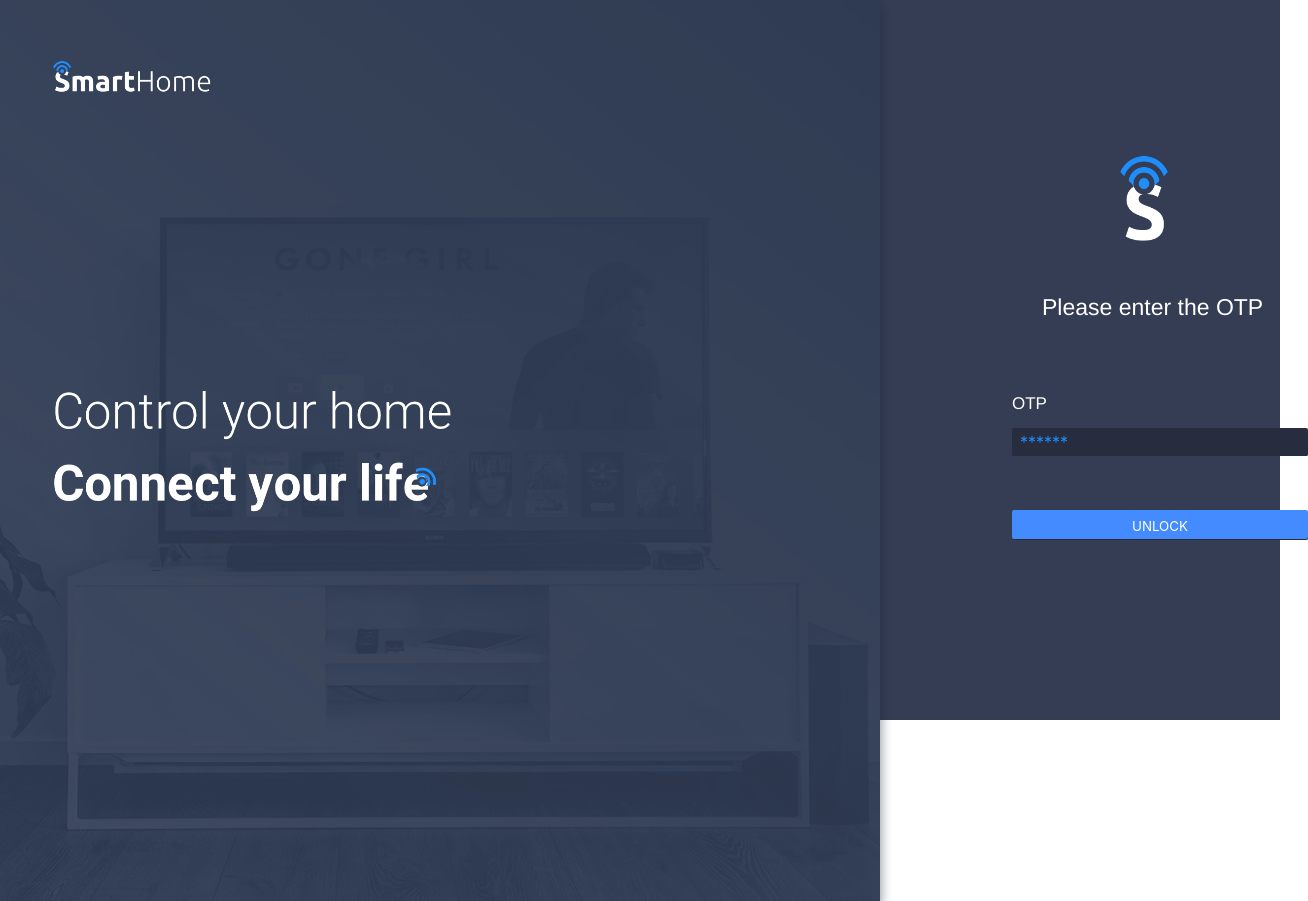
Repository: aba450/smart-door
Page: / (app in S3/smart-door-visitor/)
An editor plug-in stored every save of this project. The page is shown before and after the next save, followed by the edit.
The browser window is 1280 px wide. The page is 1308 px wide, so the pictures cover 1308 px, including what lies to the right of the window. The pictures show the whole page.
The project was rebuilt for these pictures with package versions that can differ from the ones it lists, and the page was loaded fresh each time.

Above is the page before, as saved 2020-03-17 20:50:03.

### S3/smart-door-visitor/src/App.js
import React from 'react';
import './App.css';
import Camera_ON from './Camera_ON.jpg'
import SLogo from './SLogo.png'
import Left from './Left.png'

function App() {



  return (
    <div className="App">
    <img src={Left} className="Left-img"/>

      {/* <img src={Camera_ON} className="Camera-logo"/>  */}
      <img src={SLogo} className="S-logo"/>
      <label className="text-label">Please enter the OTP</label>
       <label className="otp-label">OTP</label>
        <input type="text" className="otp-input" placeholder="******"></input>
        <button className="unlock-button">UNLOCK</button>
    </div>
  );
}

export default App;

### S3/smart-door-visitor/src/App.css
.App {
  text-align: center;
  background-color: #343d54;
  min-height: 100vh;
  display: flex;
  flex-direction: column;
  font-size: calc(10px + 2vmin);
  color: white;
}

.Camera-logo {
  position: absolute;
  height: 100px;
  width: 100px;
  left: 53px;
  top: 241px;
}

.S-logo {
  position: absolute;
  height: 86px;
  width: 48px;
  left: 1120px;
  top: 155px;
}

.Left-img {
  position: absolute;
  top: 0px;
  left: 0px;
  height: 901px;
  width: 893px;
}

.text-label {
  position: absolute;
  font-family:Helvetica;
  font-size:23px;
  color:#ffffff;
  letter-spacing:0;
  text-align:left;
  left:1042px;
  top:294px;
}

.otp-label {
  position: absolute;
  font-family:Helvetica;
  font-size:17px;
  color:#ffffff;
  letter-spacing:0;
  text-align:left;
  left:1012px;
  top:394px;
}

.otp-input {
  color:#1f8efa;
  background-color: #272d3f;
  letter-spacing:0;
  text-align:left;
  position: absolute;
  left:1012px;
  top:428px;
}

::placeholder {
  color:#1f8efa;
}

.unlock-button {
  position: absolute;
  background-color: #438bff;
  left:1012px;
  top:510px;
}

input {
    -webkit-appearance: none;
    appearance: none;
    margin: auto;
    max-width: 280px;
    border-radius: 2px;
    border: 0;
    overflow: hidden;
    width: 100%;
    font-family:-apple-system, BlinkMacSystemFont, 'Segoe UI', Roboto, Oxygen, Ubuntu, Cantarell, 'Open Sans', 'Helvetica Neue', sans-serif;
    padding: 8px 8px 8px 8px;
    height: 12px;
    font-size: 16px;
    font-weight: 400;
    box-shadow: inset 0 -1px 0  #272d3f;
    transition: all .15s ease;
}

button {
  height: 30px;
  max-width: 296px;
  margin: auto;
  width: 100%;
  color: white;
  font-family:-apple-system, BlinkMacSystemFont, 'Segoe UI', Roboto, Oxygen, Ubuntu, Cantarell, 'Open Sans', 'Helvetica Neue', sans-serif;
  border-radius: 2px;
  border: 0;
  padding: 8px 8px 8px 8px;
  box-shadow: inset 0 -1px 0  #272d3f;
    transition: all .15s ease;
}

Loaded but not shown: S3/smart-door-visitor/public/index.html (common file); S3/smart-door-visitor/src/index.js (common file); S3/smart-door-visitor/src/index.css (common file); S3/smart-door-visitor/src/serviceWorker.js (common file)

After the next save:
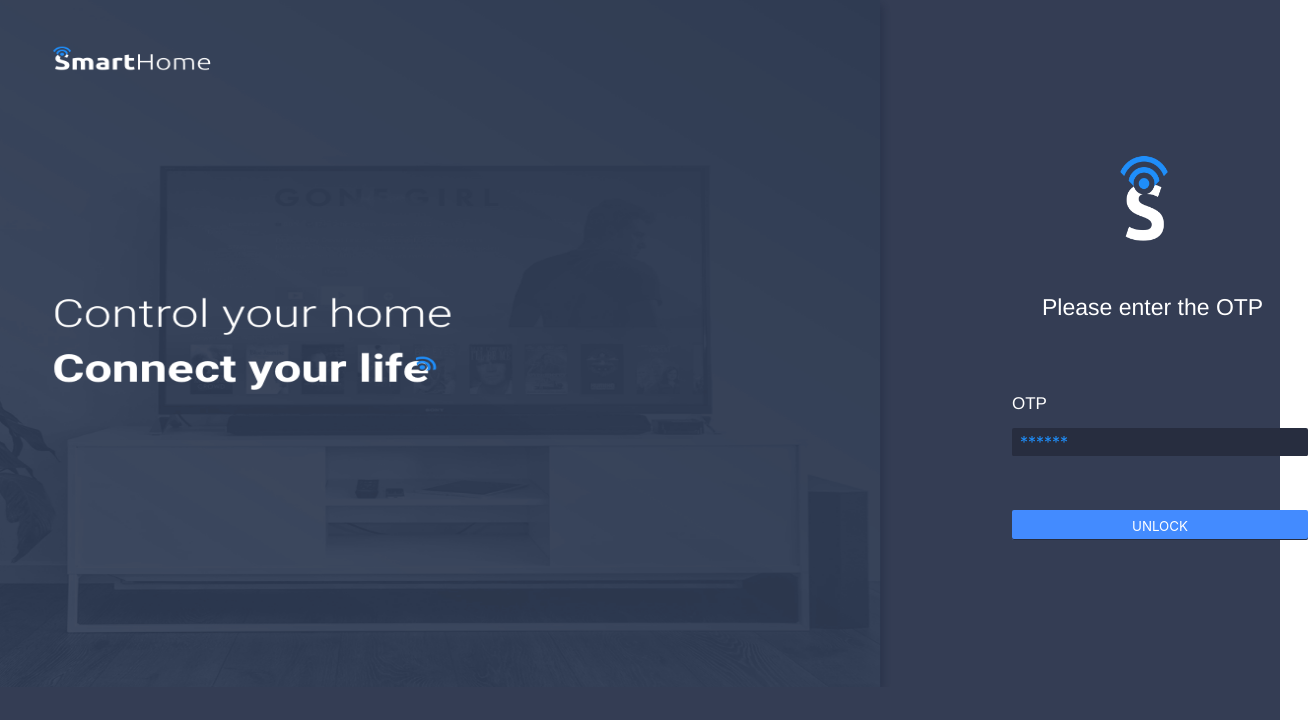
Saved 74 s later.
--- a/S3/smart-door-visitor/src/App.css
+++ b/S3/smart-door-visitor/src/App.css
@@ -28,7 +28,7 @@
   position: absolute;
   top: 0px;
   left: 0px;
-  height: 901px;
+  height: 687px;
   width: 893px;
 }
 

After the save that followed:
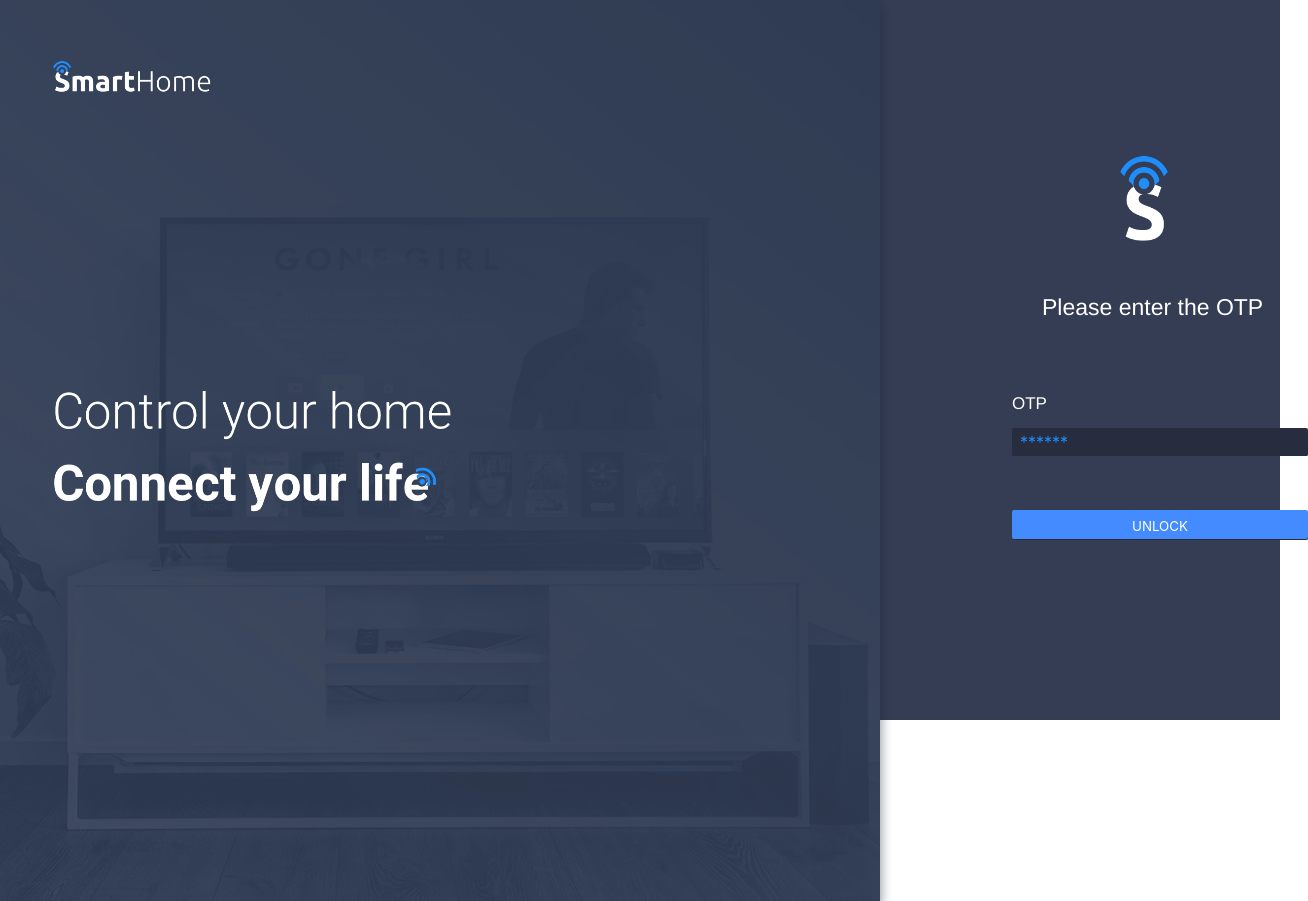
Saved 52 s later.
--- a/S3/smart-door-visitor/src/App.css
+++ b/S3/smart-door-visitor/src/App.css
@@ -28,7 +28,7 @@
   position: absolute;
   top: 0px;
   left: 0px;
-  height: 687px;
+  height: 901px;
   width: 893px;
 }
 
